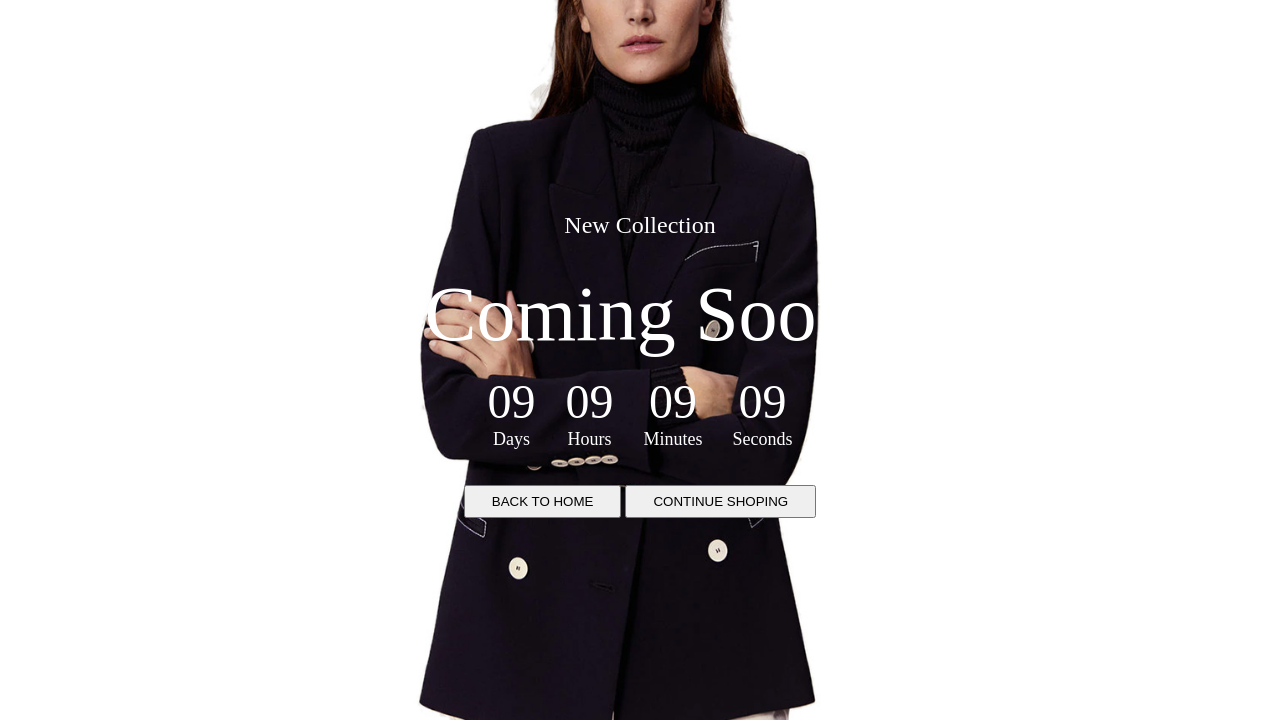
Repository: ST-United-Internship/Modaz-4life
Page: comingsoon&FAQ/coming-soon.html
These files come from the project's save history. The page is drawn as it stood at one moment and after a run of saves; the edit follows.
The browser window is 1280 px wide. The pictures show the whole page.

Above is the page before, as saved 2023-03-21 15:01:17.

### comingsoon&FAQ/coming-soon.html
<!DOCTYPE html>
<html lang="en">
<head>
    <meta charset="UTF-8">
    <meta http-equiv="X-UA-Compatible" content="IE=edge">
    <meta name="viewport" content="width=device-width, initial-scale=1.0">
    <link rel="stylesheet" type="text/css" href="css/layout.css">
    <title>Document</title>
</head>
<body>
    <section class="container">
        <img src="Assets/Images/bg-parallax2.jpg" alt="">
        <header>New Collection</header>
        <p>Coming Soon</p>
        <div class="time-titles">
            <div class="time days">
                <span class="number">09</span>
                <span class="title-text">Days</span>
            </div>
            <div class="time hours">
                <span class="number">09</span>
                <span class="title-text">Hours</span>
            </div>
            <div class="time minutes">
                <span class="number">09</span>
                <span class="title-text">Minutes</span>
            </div>
            <div class="time seconds">
                <span class="number">09</span>
                <span class="title-text">Seconds</span>
            </div>
        </div>
        <div class="flat-button">
            <button type="button" class="bg-white">BACK TO HOME</button>
            <button type="button">CONTINUE SHOPING</button>
            </div>
       </section>
    </section>
</body>
</html>

### comingsoon&FAQ/css/layout.css
/* *{
    margin:0;
    padding: 0;
    font-family: 'Lucida Sans', 'Lucida Sans Regular', 'Lucida Grande', 'Lucida Sans Unicode', Geneva, Verdana, sans-serif;
    box-sizing: border-box;
}

.header{
    background: red;
}


body .container{
    width: 100vw;
    height: 100vh;
    background-image: url(../Assets/Images/bg-parallax2.jpg);
    background-position: center;
    background-color: red
} */
/*
.boxed{
    background: red;
}
.parallax2{
    background-image: url(../Assets/Images/bg-parallax2.jpg);
    height: 110vh;
    background-position: center;

}

.parallax2 .overlay{
    position: absolute;
    background-position: center;
    width: 100%;
    height: 70%;
    top: 0;
    left: 0;
    background: rgba(0,0,0,.5);
} */

*{
    margin: 0;
    padding: 0;
    box-sizing: border-box;
}
.container{
    height: 100vh;
    row-gap: 15px;
    width: 100%;
    display: flex;
    justify-content: center;
    flex-direction: column;
    overflow: hidden;
    align-items: center;
}

.container img{
    position: absolute;
    height: 100%;
    width: 100%;
    object-fit: cover;
    z-index: -1;
}

.container header{
    line-height: 58px;
    color: #fff;
    font-size: 24px;
}

.container p{
    color: #fff;
    font-size: 78px;
    line-height: 90px;
    font-weight: 500;
}

.container .time-titles{
    display: flex;
    column-gap: 30px;
}

.time-titles .time{
    display: flex;
    align-items: center;
    flex-direction: column;
}

.time .number{
    font-size: 48px;
    font-weight: 500;
    /* line-height: 90px;
    color: #333;
    width: 90px;
    height: 90px;
    background: rgba(255,255,255,.9);
    text-align: center;
    margin: 0 35px 18px; */
    text-transform: capitalize;
}

.time .number,.time .title-text{
    color: #fff;
}

.time .title-text{
    font-size: 18px;
    text-transform: capitalize;
}

.flat-button{
    /* position: relative;
    max-width: 360px;
    width: 100%; */
    height: 40px;
    margin-top: 20px;
}

.flat-button button{
    padding: 7px 26px;
}

After the next 3 saves:
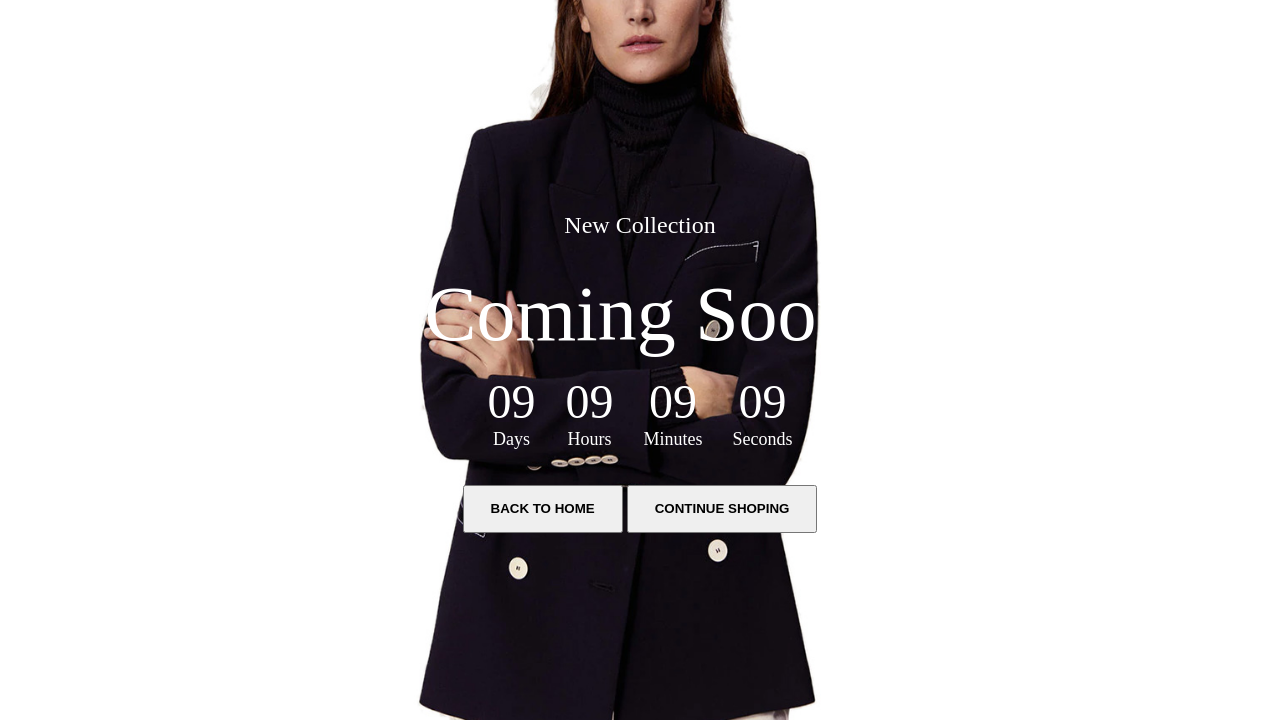
The 3 saves are shown as one change because they came seconds apart.
The last was saved 19 s later.
--- a/comingsoon&FAQ/css/layout.css
+++ b/comingsoon&FAQ/css/layout.css
@@ -118,4 +118,7 @@ body .container{
 
 .flat-button button{
     padding: 7px 26px;
+    font-weight: 700;
+    line-height: 30px;
+    text-transform: uppercase;
 }
